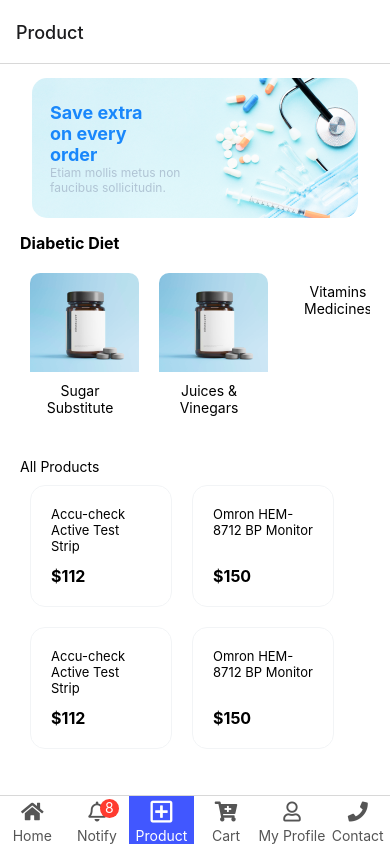
Repository: ntu34543/designReactNative
Screen: /Product
An editor plug-in stored every save of this project. The screen is shown before and after a run of saves, followed by the edit.
Pictures or frames that could not be fetched are drawn as grey boxes. The app was drawn by React Native's web renderer in a window 390 px wide. The project was rebuilt for these pictures with package versions that can differ from the ones it lists, and the page was loaded fresh each time. Some packages were replaced by stand-ins written for this rebuild. Also part of the build but not shown: page/Profile.js, page/Notify.js, page/Cart.js, environments.ts, page/Contact.js.

Above is the screen before, as saved 2022-11-07 17:29:14.

After the next 3 saves:
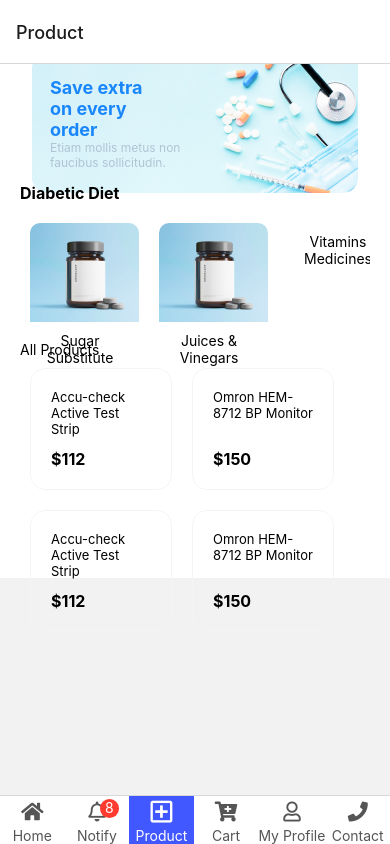
The 3 saves are shown as one change because they came seconds apart.
The last was saved 4 h 16 min later.
--- a/page/DiabetesCare.js
+++ b/page/DiabetesCare.js
@@ -26,11 +26,13 @@ export default function DiabetesCare({ navigation }) {
   };
 
   return (
-    <View style={styles.body}>
-      <Banner />
-      <TopProduct />
-      <Product />
-    </View>
+    <SafeAreaView>
+      <View style={styles.body}>
+        <Banner />
+        <TopProduct />
+        <Product />
+      </View>
+    </SafeAreaView>
   );
 }
 
